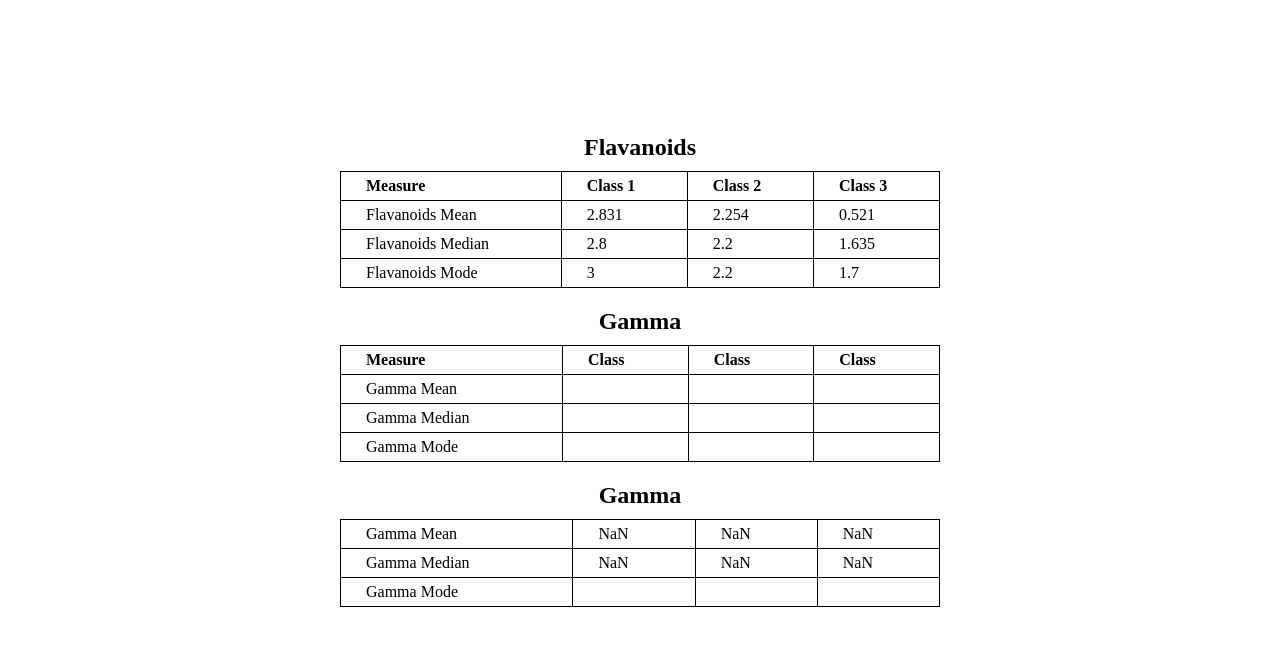
Repository: Rahul6395/WineAlcohol-Calculate
Page: /
These files come from the project's save history. The page is drawn as it stood at one moment and after the next save; the edit follows.
The browser window is 1280 px wide. The pictures show the whole page.
The project was rebuilt for these pictures with package versions that can differ from the ones it lists, and the page was loaded fresh each time.

Above is the page before, as saved 2023-05-24 23:04:19.

### src/App.js

import Flavonoid from "./component/Flavonoid";
import GammaTable from "./component/GammaTable";
import "./App.css"
import Gamma from "./component/Gamma"

function App() {
  return (
    <div className="App">
     {/* <Tables/> */}
     <Flavonoid/>
     <GammaTable/>
     <Gamma/>
    </div>
  );
}

export default App;

### src/component/Flavonoid.js
import React,{useState,useEffect} from 'react';
import data from "../json/data.json"
// import "./css/style.css"


function Flavonoid() {

const [value ,setValue] = useState([])

useEffect(()=>{
    for(let i=0;i<data.length;i++){
        setValue(value=>[...value,data[i].Alcohol])
    }
},[])
//Get All Alcohol
const alcohol = new Set(value);
console.log("Alcohol",[...alcohol])

  const classNames = [...alcohol]; // Replace with your actual class names

//Mean Rahul
function mean(data,classN){
  let dataFilter=data.filter((data)=>data.Alcohol === classN)
  let reduce = dataFilter.reduce((a,b)=>a+b.Flavanoids,0)
  console.log("reduce",reduce)
  return parseInt(reduce)/dataFilter.length
}


 classNames.map((classN)=>{
 console.log("mean(data,classN)",mean(data,classN))
} )










  //Mean
  function calculateMean(data, className) {
    const filteredData = data.filter(item => item.Alcohol === className);
    const sum = filteredData.reduce((acc, item) => acc + item.Flavanoids, 0);
    return parseInt(sum) / filteredData.length;
  }

//   Median
  function calculateMedian(data, className) {
    const filteredData = data.filter(item => item.Alcohol === className);
    const sortedData = filteredData.sort((a, b) => a.Flavanoids - b.Flavanoids);
    const midIndex = Math.floor(sortedData.length / 2);
    if (sortedData.length % 2 === 0) {
      return (sortedData[midIndex - 1]?.Flavanoids + sortedData[midIndex]?.Flavanoids) / 2;
    } else {
      return sortedData[midIndex].Flavanoids;
    }
  }

//   Mode
  function calculateMode(data, className) {
    const filteredData = data.filter(item => item.Alcohol === className);
    const counts = {};
    filteredData.forEach(item => {
      counts[item.Flavanoids] = counts[item.Flavanoids] ? counts[item.Flavanoids] + 1 : 1;
    });
    let mode;
    let maxCount = 0;
    for (const value in counts) {
      if (counts[value] > maxCount) {
        mode = value;
        maxCount = counts[value];
      }
    }
    return mode;
  }

  return (
    <> <h2 className='heading'>Flavanoids</h2>
    <table>
      <thead>
        <tr>
          <th>Measure</th>
          {classNames.map(className => <th key={className}>Class {className}</th>)}
        </tr>
      </thead>
      <tbody>
        <tr>
          <td>Flavanoids Mean</td>
          {classNames.map(className => <td key={className}>{calculateMean(data, className).toFixed(3)}</td>)}
        </tr>
        <tr>
          <td>Flavanoids Median</td>
          {classNames.map(className => <td key={className}>{calculateMedian(data, className)}</td>)}
        </tr>
        <tr>
          <td>Flavanoids Mode</td>
          {classNames.map(className => <td key={className}>{calculateMode(data, className)}</td>)}
        </tr>
      </tbody>
    </table>
    </>
  );
}

export default Flavonoid;

### src/component/GammaTable.js
import React from 'react';
import data from "../json/data.json"

const GammaTable = () => {

  // Function to calculate class-wise mean, median, and mode of Gamma
  const calculateGammaStats = () => {
    // Calculate Gamma for each point and group by class
    const gammaByClass = {};
    console.log("gammaStats",gammaByClass)
    data.forEach((point) => {
      const { Alcohol, Ash, Hue, Magnesium } = point;
      const gamma = (Ash * Hue) / Magnesium;

      if (gammaByClass[Alcohol]) {
        gammaByClass[Alcohol].push(gamma);
      } else {
        gammaByClass[Alcohol] = [gamma];
      }
    });
// console.log("gammaByClass",gammaByClass)
    // Calculate mean, median, and mode for each class
    const statsByClass = Object.entries(gammaByClass).map(([className, gammaValues]) => {
      // Mean
      const mean = gammaValues.reduce((sum, value) => sum + value, 0) / gammaValues.length;
      // Median
      let sortData = gammaValues.sort((a, b) => a - b);
      const median = sortData.length % 2 === 0 ? sortData[Math.floor((sortData.length / 2 )-1)] +  sortData[Math.floor(sortData.length / 2)] / 2 : sortData[Math.floor(sortData.length / 2)]

      // Mode
     let modify;
   let maxCount = 0;
   const counts = {};
  const mode = gammaValues.sort((a, b) =>
        gammaValues.filter((v) => v === a)
      ).forEach(item => {
        counts[item] = counts[item] ? counts[item] + 1 : 1;
      });
      for (const value in counts) {
        if (counts[value] > maxCount) {
          modify = value;
          maxCount = counts[value];
        }
      }
      return modify;




      // const mode = gammaValues.sort((a, b) =>
      //   gammaValues.filter((v) => v === a).length - gammaValues.filter((v) => v === b).length
      // )[0];

      return {
        className,
        mean: mean.toFixed(3),
        median: median.toFixed(3),
        mode: mode,
      };
    });

    return statsByClass;
  };

  const gammaStats = calculateGammaStats();

  return (
    <div>
    <h2 className='heading'>Gamma</h2>
    <table>
      <thead>
        <tr>
          <th>Measure</th>
          {gammaStats.map((stat) => (
            <th key={stat.className}>Class {stat.className}</th>
          ))}
        </tr>
      </thead>
      <tbody>
        <tr>
          <td>Gamma Mean</td>
          {gammaStats.map((stat) => (
            <td key={stat.className}>{stat.mean}</td>
          ))}
        </tr>
        <tr>
          <td>Gamma Median</td>
          {gammaStats.map((stat) => (
            <td key={stat.className}>{stat.median}</td>
          ))}
        </tr>
        <tr>
          <td>Gamma Mode</td>
          {gammaStats.map((stat) => (
            <td key={stat.className}>{stat.mode}</td>
          ))}
        </tr>
      </tbody>
    </table>
    </div>
  );
}


export default GammaTable;

### src/component/Gamma.js
import React from 'react';
import data from "../json/data.json"

const GammaTable = () => {
    const gammaByClass = {};
    console.log("gammaStats",gammaByClass)
    data.forEach((point) => {
      const { Alcohol, Ash, Hue, Magnesium } = point;
      const gamma = (Ash * Hue) / Magnesium;

      if (gammaByClass[Alcohol]) {
        gammaByClass[Alcohol].push(gamma);
      } else {
        gammaByClass[Alcohol] = [gamma];
      }
    });

    function calculateMean(data, className) {
        const filteredData = data.filter(item => item.Alcohol === className);
        const sum = filteredData.reduce((acc, item) => acc + item.Flavanoids, 0);
        return parseInt(sum) / filteredData.length;
      }

    //   Median
      function calculateMedian(data, className) {
        const filteredData = data.filter(item => item.Alcohol === className);
        const sortedData = filteredData.sort((a, b) => a.Flavanoids - b.Flavanoids);
        const midIndex = Math.floor(sortedData.length / 2);
        if (sortedData.length % 2 === 0) {
          return (sortedData[midIndex - 1]?.Flavanoids + sortedData[midIndex]?.Flavanoids) / 2;
        } else {
          return sortedData[midIndex].Flavanoids;
        }
      }

    //   Mode
      function calculateMode(data, className) {
        const filteredData = data.filter(item => item.Alcohol === className);
        const counts = {};
        filteredData.forEach(item => {
          counts[item.Flavanoids] = counts[item.Flavanoids] ? counts[item.Flavanoids] + 1 : 1;
        });
        let mode;
        let maxCount = 0;
        for (const value in counts) {
          if (counts[value] > maxCount) {
            mode = value;
            maxCount = counts[value];
          }
        }
        return mode;
      }
      let red = [] ;
      const statsByClass = Object.entries(gammaByClass).map(([className, gammaValues]) => {red.push(gammaValues)})
console.log("statsByClass ",red )
console.log("gammaByClassstatsByClass ",gammaByClass )

  return (
    <div>
    <h2 className='heading'>Gamma</h2>
    <table>
      <thead>
        {/* <tr>
          <th>Measure</th>
          {gammaByClass.map((className, gammaValues) => (
            <th key={stat}>Class {stat.className}</th>
          ))}
        </tr> */}
      </thead>
      <tbody>
        <tr>
          <td>Gamma Mean</td>
          {red.map((gammaValues,className) => (
            <td>{calculateMean(gammaValues, className).toFixed(3)}</td>
          ))}
        </tr>
        <tr>
          <td>Gamma Median</td>
          {red.map((gammaValues,className) => (
            <td >{calculateMedian(gammaValues, className)}</td>
          ))}
        </tr>
        <tr>
          <td>Gamma Mode</td>
          {red.map((gammaValues,className) => (
            <td >{calculateMode(gammaValues, className)}</td>
          ))}
        </tr>
      </tbody>
    </table>
    </div>
  );
}


export default GammaTable;

Loaded but not shown: public/index.html (common file); src/index.js (common file); src/App.css (common file); src/json/data.json (2673 lines, source omitted)

After the next save:
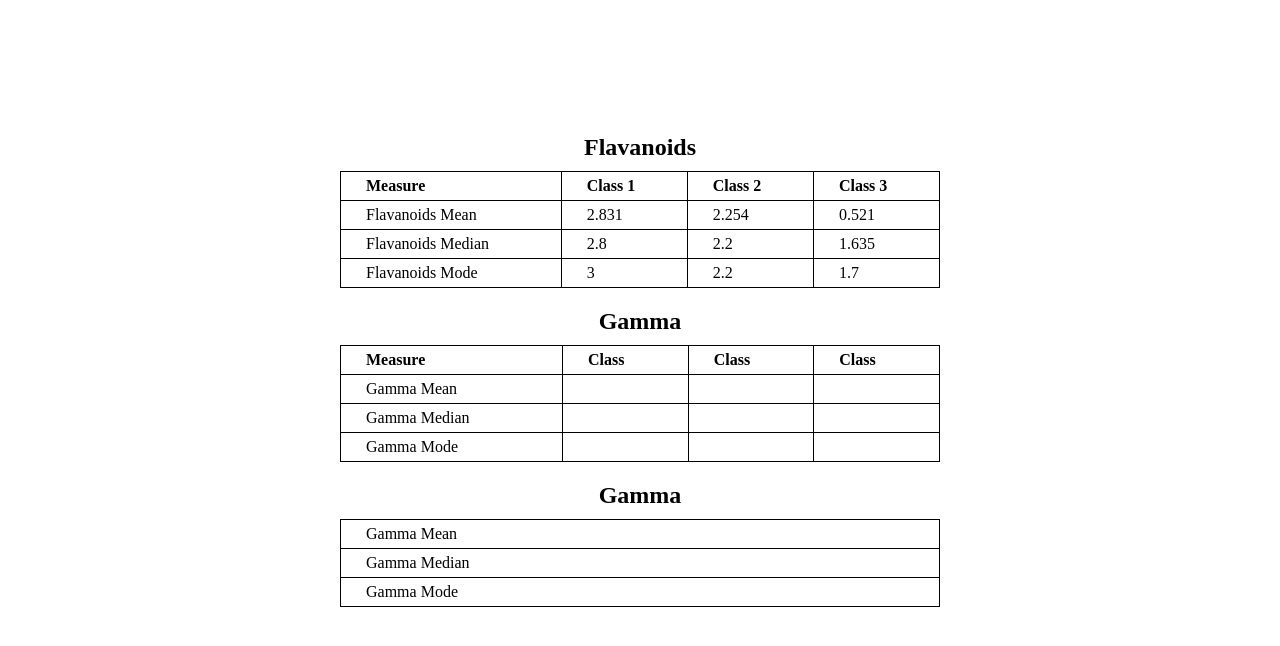
Saved 59 s later.
--- a/src/component/Gamma.js
+++ b/src/component/Gamma.js
@@ -51,7 +51,7 @@
         return mode;
       }
       let red = [] ;
-      const statsByClass = Object.entries(gammaByClass).map(([className, gammaValues]) => {red.push(gammaValues)})
+      const statsByClass = Object.entries(gammaByClass).map(([className, gammaValues]) => {console.log("className ",className )})
 console.log("statsByClass ",red )
 console.log("gammaByClassstatsByClass ",gammaByClass )
 

After the 3 saves that followed:
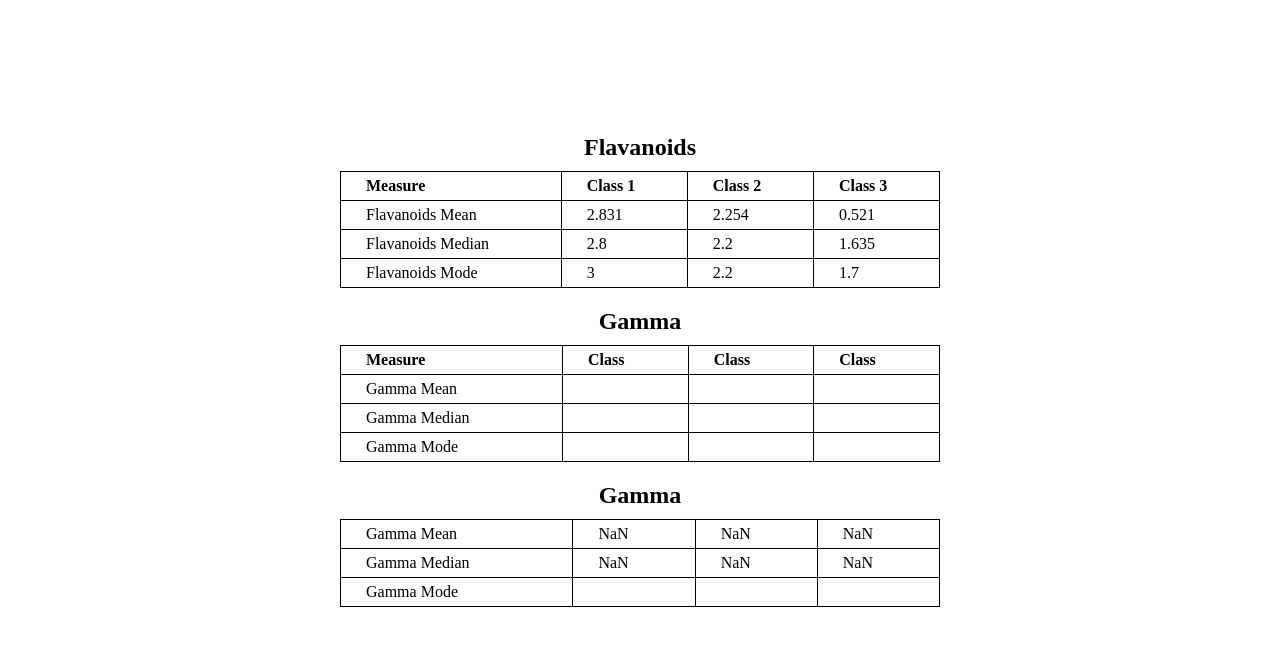
The 3 saves are shown as one change because 2 did not build or start.
The last was saved 12 min 25 s later.
--- a/src/component/Gamma.js
+++ b/src/component/Gamma.js
@@ -51,9 +51,13 @@
         return mode;
       }
       let red = [] ;
-      const statsByClass = Object.entries(gammaByClass).map(([className, gammaValues]) => {console.log("className ",className )})
-console.log("statsByClass ",red )
-console.log("gammaByClassstatsByClass ",gammaByClass )
+      let green = [] ;
+      const statsByClass = Object.entries(gammaByClass).map(([className, gammaValues]) => {
+        red.push(className);
+        green.push(gammaValues)
+    })
+ console.log("statsByClass ",green )
+// console.log("gammaByClassstatsByClass ",gammaByClass )
 
   return (
     <div>
@@ -70,20 +74,20 @@
       <tbody>
         <tr>
           <td>Gamma Mean</td>
-          {red.map((gammaValues,className) => (
-            <td>{calculateMean(gammaValues, className).toFixed(3)}</td>
+          {red.map((className) => (
+            <td>{calculateMean(green, className).toFixed(3)}</td>
           ))}
         </tr>
         <tr>
           <td>Gamma Median</td>
-          {red.map((gammaValues,className) => (
-            <td >{calculateMedian(gammaValues, className)}</td>
+          {red.map((className) => (
+            <td >{calculateMedian(green, className)}</td>
           ))}
         </tr>
         <tr>
           <td>Gamma Mode</td>
-          {red.map((gammaValues,className) => (
-            <td >{calculateMode(gammaValues, className)}</td>
+          {red.map((className) => (
+            <td >{calculateMode(green, className)}</td>
           ))}
         </tr>
       </tbody>
